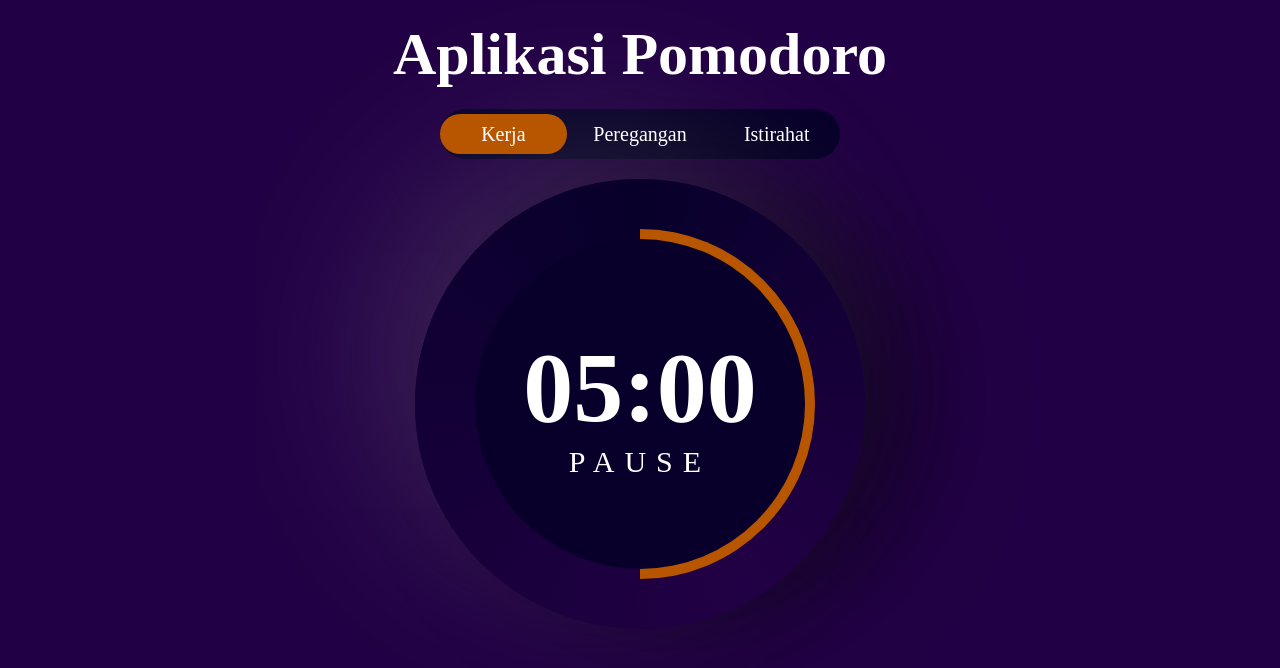
Repository: sellayspy/aplikasiPomodoro
Page: /
An editor plug-in stored every save of this project. The page is shown before and after the next save, followed by the edit.
The browser window is 1280 px wide. The pictures show the whole page.
The project was rebuilt for these pictures with package versions that can differ from the ones it lists, and the page was loaded fresh each time. Also part of the build but not shown: vite.config.js.

Above is the page before, as saved 2024-11-25 14:28:34.

After the next save:
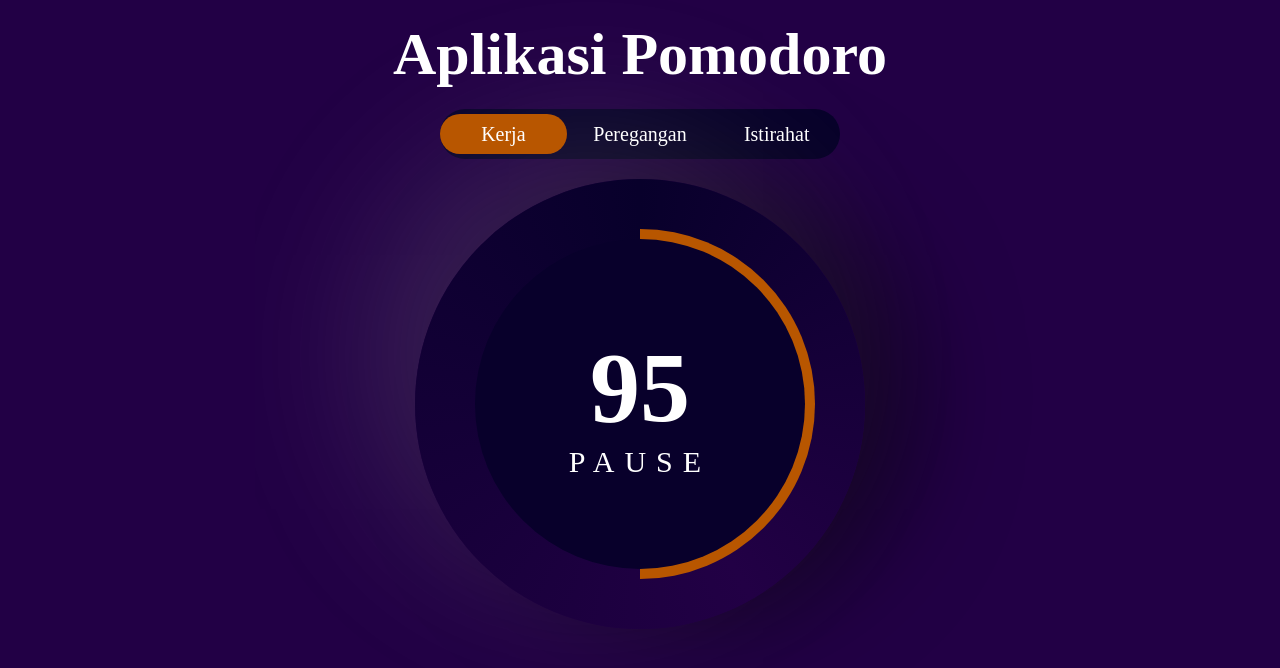
Saved 13 s later.
--- a/src/components/Waktu.jsx
+++ b/src/components/Waktu.jsx
@@ -12,7 +12,7 @@ const Waktu = () => {
   }, []);
   return (
     <ClockContainer>
-      <TimerText>05:00</TimerText>
+      <TimerText>{time}</TimerText>
       <StartPauseButton>Pause</StartPauseButton>
     </ClockContainer>
   );
